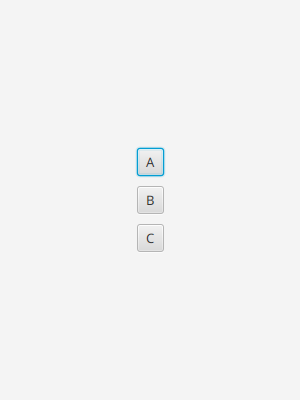
Repository: AlanVidalll/Curso-Java-Completo
Program's window: java exercicios-javafx/src/basico/PrimeiroFX.java
The author's editor kept a copy of each file at every save. The program's window is drawn from the files as they stood at one save, then again after the next save.
It runs on Java 21 on a 1366 x 768 screen with JavaFX 11; the title bar is not drawn.

Above is the program's window before, as saved 2020-04-09 13:36:26.

### exercicios-javafx/src/basico/PrimeiroFX.java
package basico;



import javafx.application.Application;
import javafx.geometry.Pos;
import javafx.scene.Scene;
import javafx.scene.control.Button;
import javafx.scene.layout.VBox;
import javafx.stage.Stage;

public class PrimeiroFX extends Application{


	@Override
	public void start(Stage primaryStage) throws Exception {
		Button botaoA = new Button("A");
		Button botaoB = new Button("B");
		Button botaoC = new Button("C");

		VBox box = new VBox();
		box.setAlignment(Pos.CENTER);
		box.setSpacing(10);
		box.getChildren().add(botaoA);
		box.getChildren().add(botaoB);
		box.getChildren().add(botaoC);

		Scene unicaCena = new Scene(box,300,400);

		primaryStage.setScene(unicaCena);
		primaryStage.show();
	}

	public static void main(String[] args) {
		launch(args);
	}
}

After the next save:
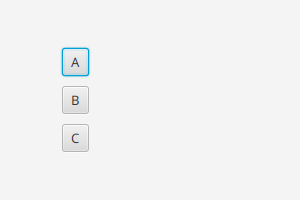
Saved 19 s later.
--- a/exercicios-javafx/src/basico/PrimeiroFX.java
+++ b/exercicios-javafx/src/basico/PrimeiroFX.java
@@ -25,7 +25,7 @@
 		box.getChildren().add(botaoB);
 		box.getChildren().add(botaoC);
 
-		Scene unicaCena = new Scene(box,300,400);
+		Scene unicaCena = new Scene(box,150,200);
 
 		primaryStage.setScene(unicaCena);
 		primaryStage.show();
